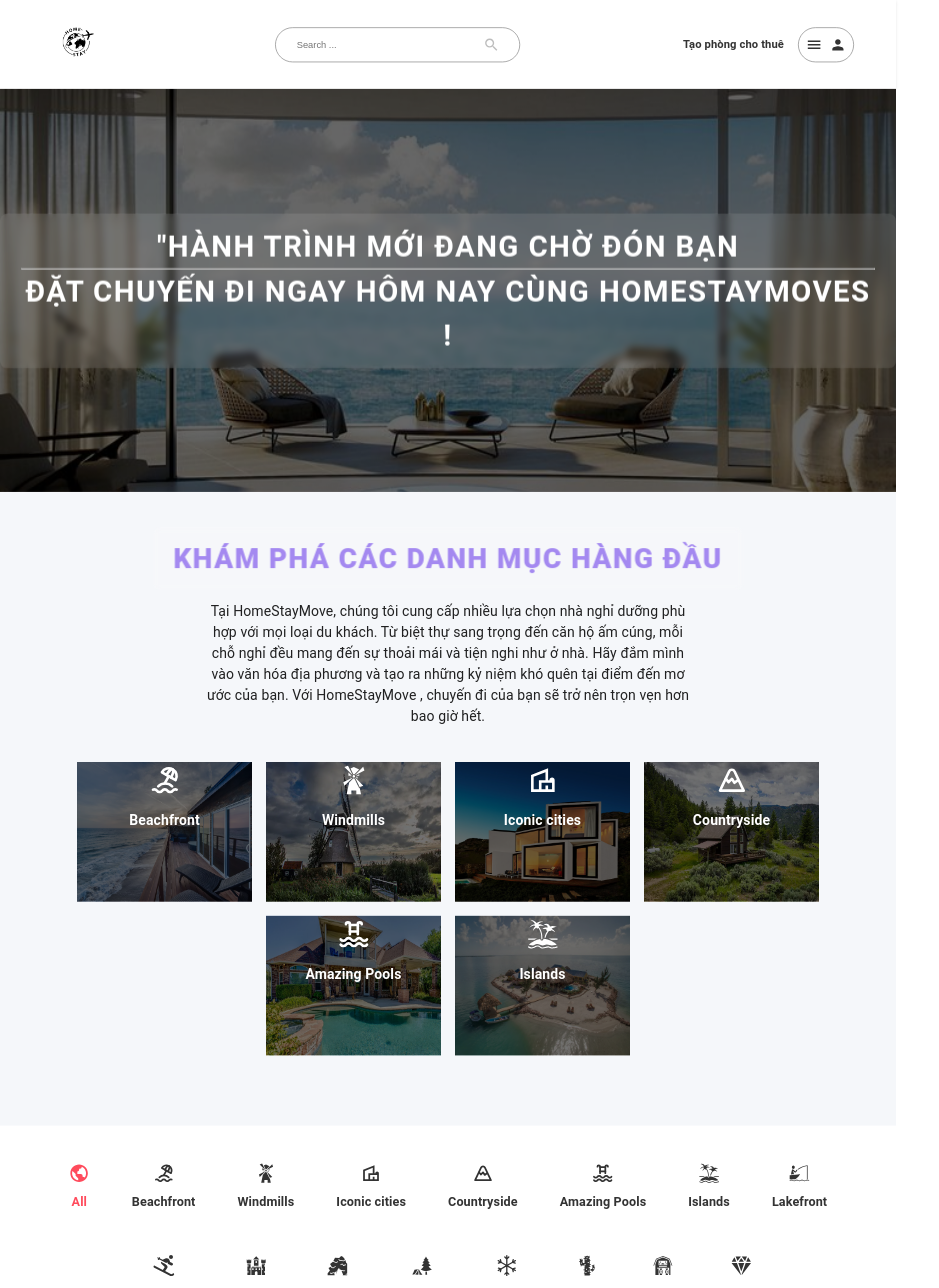
Repository: minhquang203/Homestay
Page: / (app in client/)
The author's editor kept a copy of each file at every save. The page is drawn from the files as they stood at one save, then again after the next save.
The browser window is 1280 px wide. The page is 1342 px wide, so the pictures cover 1342 px, including what lies to the right of the window. The pictures show the part of the page from y = 0 to 1840 px (the page is 2829 px tall before and 2879 px after), at 70% of full size.
The page's requests for data from a server got no answer. The project was rebuilt for these pictures with package versions that can differ from the ones it lists, and the page was loaded fresh each time. No one was signed in, and anything a server would have sent is missing. Also part of the build but not shown: client/src/styles/ListingCard.scss, client/src/components/ListingCard.jsx, client/src/styles/variable.scss, client/src/styles/List.scss, client/src/pages/CategoryPage.jsx, client/src/styles/CreateListing.scss, client/src/pages/CreateListing.jsx, client/src/styles/ListingDetails.scss and 17 more.

Above is the page before, as saved 2025-04-03 22:39:04.

### client/public/index.html
<!DOCTYPE html>
<html lang="en">
  <head>
    <meta charset="utf-8" />
    <link rel="icon" href="%PUBLIC_URL%/favicon.ico" />
    <meta name="viewport" content="width=device-width, initial-scale=1" />
    <meta name="theme-color" content="#000000" />
    <meta
      name="description"
      content="Web site created using create-react-app"
    />
    <link rel="apple-touch-icon" href="%PUBLIC_URL%/logo192.png" />
    <link rel="manifest" href="%PUBLIC_URL%/manifest.json" />
    <link rel="preconnect" href="https://fonts.googleapis.com">
    <link rel="preconnect" href="https://fonts.gstatic.com" crossorigin>
    <link href="https://fonts.googleapis.com/css2?family=Nunito:ital,wght@0,200..1000;1,200..1000&display=swap" rel="stylesheet">
    <title>HomeStayMove</title>
  </head>
  <body>
    <div id="root"></div>

  </body>
</html>

### client/src/index.js
import { CssBaseline, ThemeProvider, createTheme } from "@mui/material"; // Thêm vào đây
import React from "react";
import ReactDOM from "react-dom/client";
import { Provider } from "react-redux";
import { PersistGate } from "redux-persist/integration/react";
import App from "./App";
import { persistor, store } from "./Redux/store";

// Tạo theme tùy chỉnh nếu cần thiết
const theme = createTheme({
  palette: {
    primary: {
      main: "#1976d2", // Màu chủ đạo
    },
    secondary: {
      main: "#dc004e", // Màu phụ
    },
  },
});

const root = ReactDOM.createRoot(document.getElementById("root"));
root.render(
  <React.StrictMode>
    <Provider store={store}>
      <PersistGate loading={null} persistor={persistor}>
        <ThemeProvider theme={theme}>
          <CssBaseline />
          <App />
        </ThemeProvider>
      </PersistGate>
    </Provider>
  </React.StrictMode>
);

### client/src/Redux/store.js
// store.js
import { configureStore } from "@reduxjs/toolkit";
import {
  persistStore,
  persistReducer,
  FLUSH,
  REHYDRATE,
  PAUSE,
  PERSIST,
  PURGE,
  REGISTER,
} from "redux-persist";
import storage from "redux-persist/lib/storage";
import userReducer from "./state"; // Đảm bảo đúng đường dẫn đến state.js

// Cấu hình Redux Persist
const persistConfig = {
  key: "root", // Tên của key trong localStorage
  version: 1, // Phiên bản của state để khi có thay đổi sẽ cập nhật lại
  storage, // Chọn phương thức lưu trữ, có thể là localStorage hoặc sessionStorage
};

// Tạo persisted reducer từ userReducer
const persistedReducer = persistReducer(persistConfig, userReducer);

// Tạo store với persistedReducer
export const store = configureStore({
  reducer: persistedReducer, // Dùng persisted reducer để lưu trữ trạng thái người dùng
  middleware: (getDefaultMiddleware) =>
    getDefaultMiddleware({
      serializableCheck: {
        ignoredActions: [FLUSH, REHYDRATE, PAUSE, PERSIST, PURGE, REGISTER], // Bỏ qua các action không thể serialize
      },
    }),
});

// Khởi tạo persistor từ store
export const persistor = persistStore(store);

### client/src/App.css
* {
  margin: 0;
  padding: 0;
  box-sizing: border-box;
  font-family: 'Nunito'sans-serif;
}

### client/src/pages/HomePage.jsx
import Categories from "../components/Categories";
import Footer from "../components/Footer";
import Listings from "../components/Listings";
import Navbar from '../components/Navbar';
import Slide from "../components/Slide";



const HomePage = () => {

  // Lấy thông tin người dùng từ Redux state
  return <div>
    <Navbar/>
    <Slide/>
    <Categories/>
    <Listings/>
    <Footer />
  </div>;
};

export default HomePage;

### client/src/components/Footer.jsx
import { Email, LocalPhone } from "@mui/icons-material";
import { Link } from "react-router-dom";
import "../styles/Footer.scss";
const Footer = () => {
  return (
    <div className="footer">
      <div className="footer_left">
        <a href="/">
          <img src="/assets/logo.png" alt="logo" />
        </a>
      </div>

      <div className="footer_center">
        <h3>Useful Links</h3>
        <ul>
          <li>
            <Link to="/about-us">About Us</Link>
          </li>
          <li>
            <Link to="/terms-and-conditions">Terms and Conditions</Link>
          </li>
          <li>
            <Link to="/return-and-refund-policy">Return and Refund Policy</Link>
          </li>
        </ul>
      </div>

      <div className="footer_right">
        <h3>Contact</h3>
        <div className="footer_right_info">
          <LocalPhone />
          <p>+84 904421394</p>
        </div>
        <div className="footer_right_info">
          <Email />
          <p>homestay@gmail.com</p>
          <p>tranminhquang082003@gmail.com</p>
        </div>
        <img src="/assets/payment.png" alt="payment" />
      </div>
    </div>
  );
};

export default Footer;

### client/src/components/Loader.jsx
import "../styles/Loader.scss";

const Loader = () => {
  return (
    <div className="loader">
      <div className="loader-inner"></div>
    </div>
  );
};

export default Loader;

### client/src/components/Navbar.jsx
import { Menu, Person, Search } from "@mui/icons-material";
import { IconButton } from "@mui/material";
import { useState } from "react";
import { useDispatch, useSelector } from "react-redux";
import { Link, useNavigate } from "react-router-dom";
import { setLogout } from "../Redux/state";
import "../styles/Navbar.scss";
import variables from "../styles/variable.scss";

const Navbar = () => {
  const [dropdownMenu, setDropdownMenu] = useState(false);
  const user = useSelector((state) => state.user);
  const dispatch = useDispatch();
  const [search, setSearch] = useState("")
  const navigate = useNavigate();

  const handleLogout = () => {
    dispatch(setLogout());
    navigate("/login");
  };

  return (
    <div className="navbar">
      <Link to="/">
        <img src="/assets/logo.png" alt="logo" />
      </Link>

      <div className="navbar_search">
        <input
          type="text"
          placeholder="Search ..."
          value={search}
          onChange={(e) => setSearch(e.target.value)}
        />
        <IconButton disabled={search === ""}>
          <Search
            sx={{ color: variables.pinkred }}
            onClick={() => {navigate(`/properties/search/${search}`)}}
          />
        </IconButton>
      </div>

      <div className="navbar_right">
        {/* Hiển thị điều kiện tùy theo trạng thái người dùng */}
        <Link to={user ? "/create-listing" : "/login"} className="navbar_right_host">
          Tạo phòng cho thuê
        </Link>

        {/* Nút tài khoản để mở menu thả xuống */}
        <button
          className="navbar_right_account"
          onClick={() => setDropdownMenu((prev) => !prev)} // Chuyển đổi trạng thái menu thả xuống
        >
          <Menu sx={{ color: variables.darkgrey }} />
          <Person sx={{ color: variables.darkgrey }} />
        </button>

        {/* Menu thả xuống cho người dùng đã đăng nhập */}
        {dropdownMenu && user && (
          <div className="navbar_right_accountmenu">
            <Link to="/profile">Thông Tin</Link>
            <Link to={`/${user._id}/trips`}>Danh sách chuyến đi</Link>
            <Link to={`/${user._id}/wishList`}>Yêu thích </Link>
            <Link to={`/${user._id}/properties`}>Phòng cho thuê </Link>
            <Link to={`/${user._id}/reservations`}>Đặt chỗ </Link>
            <Link to="/login" onClick={handleLogout}>
              Đăng xuất
            </Link>
          </div>
        )}

        {/* Menu thả xuống cho người dùng chưa đăng nhập */}
        {dropdownMenu && !user && (
          <div className="navbar_right_accountmenu">
            <Link to="/login">Đăng nhập</Link>
            <Link to="/register">Đăng ký</Link>
          </div>
        )}
      </div>
    </div>
  );
};

export default Navbar;

### client/src/components/Categories.jsx
import { Link } from "react-router-dom";
import { categories } from "../data";
import "../styles/Categories.scss";

const Categories = () => {
  return (
    <div className="categories">
      <h1>Khám phá các danh mục hàng đầu</h1>
      <p>
        Tại HomeStayMove, chúng tôi cung cấp nhiều lựa chọn nhà nghỉ dưỡng phù hợp
        với mọi loại du khách. Từ biệt thự sang trọng đến căn hộ ấm cúng, mỗi
        chỗ nghỉ đều mang đến sự thoải mái và tiện nghi như ở nhà. Hãy đắm mình
        vào văn hóa địa phương và tạo ra những kỷ niệm khó quên tại điểm đến mơ
        ước của bạn. Với HomeStayMove , chuyến đi của bạn sẽ trở nên trọn vẹn hơn
        bao giờ hết.
      </p>

      <div className="categories_list">
        {categories?.slice(1, 7).map((category, index) => (
          <Link to={`/properties/category/${category.label}`}>
            <div className="category">
              <img src={category.img} alt={category.label} />
              <div className="overlay">
                <div className="category_text">
                  <div className="category_text_icon">
                    {category.icon}
                    <p>{category.label}</p>
                  </div>
                </div>
              </div>
            </div>
          </Link>
        ))}
      </div>
    </div>
  );
};

export default Categories;

### client/src/components/Listings.jsx
import { useEffect, useState } from "react";
import { useDispatch, useSelector } from "react-redux";
import { categories } from "../data";
import { setListings } from "../Redux/state";
import "../styles/Listings.scss";
import ListingCard from "./ListingCard";
import Loader from "./Loader";

const Listings = () => {
  const dispatch = useDispatch();
  const [loading, setLoading] = useState(true);

  const [selectedCategory, setSelectedCategory] = useState("All");

  const listings = useSelector((state) => state.listings);

  const getFeedListings = async () => {
    try {
      const response = await fetch(
        selectedCategory !== "All"
          ? `http://localhost:3002/properties?category=${selectedCategory}`
          : "http://localhost:3002/properties",
        {
          method: "GET",
        }
      );

      const data = await response.json();
      dispatch(setListings({ listings: data }));
      setLoading(false);
    } catch (err) {
      console.log("Fetch Listings Failed", err.message);
    }
  };

  useEffect(() => {
    getFeedListings();
  }, [selectedCategory]);

  return (
    <>
      <div className="category-list">
        {categories?.map((category, index) => (
          <div
            className={`category ${category.label === selectedCategory ? "selected" : ""}`}
            key={index}
            onClick={() => setSelectedCategory(category.label)}
          >
            <div className="category_icon">{category.icon}</div>
            <p>{category.label}</p>
          </div>
        ))}
      </div>

      {loading ? (
        <Loader />
      ) : (
        <div className="listings">
          {listings.map(
            ({
              _id,
              creator,
              listingPhotoPaths,
              city,
              province,
              country,
              category,
              type,
              price,
              booking = false
            }) => (
              <ListingCard
                key={_id}
                listingId={_id}
                creator={creator}
                listingPhotoPaths={listingPhotoPaths}
                city={city}
                province={province}
                country={country}
                category={category}
                type={type}
                price={price}
                booking ={booking}
              />
            )
          )}
        </div>
      )}
    </>
  );
};

export default Listings;

### client/src/components/Slide.jsx
import "../styles/Slide.scss";

const Slide = () => {
  return (
    <div className="slidePage">
      <h1>
        "Hành trình mới đang chờ đón bạn <hr/>   Đặt chuyến đi ngay hôm nay cùng
        HomeStayMoves !
      </h1>
    </div>
  );
};

export default Slide;

### client/src/styles/Footer.scss
@import "./variable.scss";
@import "./breakpoints.scss";

.footer {
  display: flex;
  justify-content: space-between;
  align-items: center;
  gap: 50px;
  padding: 10px 70px;

  @include lg {
    padding: 10px 30px;
  }

  &_left {
    max-width: 400px;

    img {
      max-width: 150px;
      margin-bottom: 20px;
    }

    &_socials {
      display: flex;
      gap: 25px;
      margin-top: 20px;

      &_icon {
        width: 40px;
        height: 40px;
        border-radius: 50%;
        background-color: $pinkred;
        display: flex;
        justify-content: center;
        align-items: center;
        cursor: pointer;
        transition: all 0.5s ease-in-out;

        &:hover {
          transform: scale(1.2);
        }
      }
    }
  }

  &_center {
    text-decoration: none;

    ul {
      list-style: none;
      margin-top: 20px;
      cursor: pointer;

      li:hover {
        color: $pinkred
      }

      a {
        text-decoration: none;
        color: black;

        &:hover {
          color: $pinkred;
        }
      }
    }

    @include md {
      display: none;
    }
  }

  &_right {
    max-width: 350px;

    h3 {
      margin-bottom: 20px;
    }

    &_info {
      display: flex;

      p {
        margin-left: 20px;
        margin-bottom: 15px;
      }
    }

    @include sm {
      display: none;
    }
  }
}

### client/src/styles/Loader.scss
.loader {
    display: flex;
    justify-content: center;
    align-items: center;
    height: 100vh;
  }

  .loader-inner {
    border: 6px solid #f3f3f3;
    border-top: 6px solid #3498db;
    border-radius: 50%;
    width: 40px;
    height: 40px;
    animation: spin 2s linear infinite;
  }

  @keyframes spin {
    0% { transform: rotate(0deg); }
    100% { transform: rotate(360deg); }
  }

### client/src/styles/Navbar.scss
@import "./breakpoints.scss";
@import "./variable.scss";

.navbar {
  padding: 10px 60px;
  display: flex;
  justify-content: space-between;
  align-items: center;
  position: relative;
  background-color: #ffff;
  box-shadow: $box-shadow-small;  // Dùng biến shadow nhỏ cho navbar

  @include media-query(sm) {
    padding: 10px 20px;
  }

  img {
    width: 100px;
    cursor: pointer;
  }

  &_search {
    border: 1px solid $grey;
    border-radius: 30px;
    height: 50px;
    padding: 0 20px;
    display: flex;
    gap: 20px;
    align-items: center;
    width: 350px;

    input {
      border: none;
      outline: none;
      flex: 1;
      padding: 5px 10px;
    }

    &:hover {
      box-shadow: $box-shadow-small;
    }

    @include media-query(lg) {
      width: 500px;
    }

    @include media-query(sm) {
      display: none;
    }
  }

  &_right {
    display: flex;
    align-items: center;
    gap: 20px;

    .navbar_right_host {
      text-decoration: none;
      color: $darkgrey;
      font-weight: 700;
      cursor: pointer;

      &:hover {
        color: $pinkred;
      }

      @include media-query(sm) {
        display: none;
      }
    }

    &_account {
      height: 50px;
      display: flex;
      align-items: center;
      padding: 0 10px;
      border: 1px solid $grey;
      border-radius: 30px;
      gap: 10px;
      background-color: #ffff;
      cursor: pointer;
      transition: box-shadow 0.3s ease;

      &:hover {
        box-shadow: $box-shadow-large;
      }

      svg {
        color: $darkgrey;
      }
    }

    &_accountmenu {
      position: absolute;
      background-color: #ffff;
      right: 60px;
      top: 80px;
      display: flex;
      flex-direction: column;
      width: 200px;
      padding: 10px 0;
      border: 1px solid $lightgrey;
      border-radius: 20px;
      box-shadow: $box-shadow-large;
      z-index: 9999;

      @include media-query(sm) {
        right: 20px;
      }

      a {
        width: 100%;
        padding: 8px 15px;
        text-decoration: none;
        color: $grey;
        font-weight: 700;
        display: block;

        &:hover {
          color: $pinkred;
          background-color: rgba(217, 213, 213, 0.2);
        }
      }
    }
  }
}

### client/src/styles/breakpoints.scss
  $breakpoints: (
    xs: 480px,
    sm: 768px,
    md: 992px,
    lg: 1200px,
    xl: 1400px
  );

  // Mixin media-query để dễ sử dụng các điểm ngắt
  @mixin media-query($size) {
    $breakpoint: map-get($breakpoints, $size);

    @if $breakpoint {
      @media (max-width: #{$breakpoint}) {
        @content;
      }
    } @else {
      @warn "Breakpoint '#{$size}' không tồn tại trong danh sách breakpoints!";
    }
  }
  @mixin sm {
    @media (max-width: map-get($breakpoints, "sm")) {
        @content;
    }
}

@mixin mm {
    @media (max-width: map-get($breakpoints, "mm")) {
        @content;
    }
}

@mixin md {
    @media (max-width: map-get($breakpoints, "md")) {
        @content;
    }
}

@mixin ml {
    @media (max-width: map-get($breakpoints, "ml")) {
        @content;
    }
}

@mixin lg {
    @media (max-width: map-get($breakpoints, "lg")) {
        @content;
    }
}

@mixin xl {
    @media (max-width: map-get($breakpoints, "xl")) {
        @content;
    }
}

  // Mixin để tạo kiểu cho button
  @mixin buttonStyle {
    padding: 10px 15px;
    background-color: $pinkred;
    border: none;
    font-size: 20px;
    font-weight: 600;
    cursor: pointer;
    transform: 0.3s ease;
    color: white;
    border-radius: 10px;
  }
  // Mixin flex-center để căn giữa các phần tử theo cả chiều ngang và dọc
@mixin flex-center {
  display: flex;
  justify-content: center;
  align-items: center;
}

### client/src/styles/Categories.scss
@import "./variable.scss";
@import "./breakpoints.scss";

.categories {
  padding: 50px 60px;
  display: flex;
  flex-direction: column;
  align-items: center;
  text-align: center;
  background-color: $lightgrey;


  h1 {
    color: $blue;
    font-size: 40px;
    font-weight: 800;
    margin-bottom: 15px;
  }

  p {
    max-width: 700px;
    font-size: 20px;
  }

  .categories_list {
    display: flex;
    flex-wrap: wrap;
    padding: 50px 0;
    justify-content: center;
    gap: 20px;

    a {
      text-decoration: none;
    }

    .category {
      position: relative;
      display: flex;
      justify-content: center;
      align-items: center;
      width: 250px;
      height: 200px;
      cursor: pointer;

      img {
        position: absolute;
        width: 100%;
        height: 100%;
      }

      .overlay {
        position: absolute;
        width: 100%;
        height: 100%;
        background-color: rgba(0, 0, 0, 0.55);
        transition: 0.3s ease-in-out;
      }

      &_text {
        position: relative;
        color: white;

        &_icon {
          font-size: 45px;
        }

        p {
          font-weight: 600;
        }
      }

      &:hover {
        .overlay {
          width: 80%;
          height: 80%;
        }
      }

    }
  }
}

### client/src/styles/Listings.scss
@import "./variable.scss";
@import "./breakpoints.scss";

.category-list {
  padding: 50px 80px;
  display: flex;
  justify-content: center;
  flex-wrap: wrap;
  gap: 60px;

  @include sm {
    padding: 50px 20px;
  }

  .category {
    display: flex;
    flex-direction: column;
    align-items: center;
    color: $darkgrey;
    cursor: pointer;

    &_icon {
      font-size: 30px;
    }

    p {
      font-size: 18px;
      font-weight: 700;
    }

    &:hover {
      color: $pinkred;
    }
  }

  .selected {
    color: $pinkred;
  }
}

.listings {
  padding: 0 60px 120px;
  display: flex;
  flex-wrap: wrap;
  justify-content: center;
  gap: 5px;

  @include lg {
    padding: 0 20px 120px;
  }
}

### client/src/styles/Slide.scss
.slidePage {
  width: 100vw;
  height: 80vh;
  background: linear-gradient(rgba(0, 0, 0, 0.6), rgba(0, 0, 0, 0.6)),
    url("../../public/assets/slide.jpg");
  background-position: center;
  background-size: cover; /* Đảm bảo ảnh nền phủ đầy màn hình */
  background-repeat: no-repeat;

  display: flex;
  justify-content: center;
  align-items: center;
  text-align: center;
  position: relative;

  animation: fadeInUp 1.5s ease-out forwards;
}

/* Hiệu ứng fade-in kết hợp slide-in từ dưới lên */
@keyframes fadeInUp {
  0% {
    opacity: 0;
    transform: translateY(50px);
  }
  100% {
    opacity: 1;
    transform: translateY(0);
  }
}

h1 {
  padding: 20px;
  font-size: 42px;
  font-weight: bold;
  text-transform: uppercase;
  letter-spacing: 2px;
  color: white;
  z-index: 1;
  position: relative;
  background: rgba(255, 255, 255, 0.1); /* Tạo hiệu ứng nền mờ cho tiêu đề */
  padding: 15px 30px;
  border-radius: 10px;
  backdrop-filter: blur(5px);
}

Loaded but not shown: client/src/data.js (270 lines, source omitted); client/src/App.js (46 lines, source omitted); client/src/Redux/state.js (69 lines, source omitted)

After the next save:
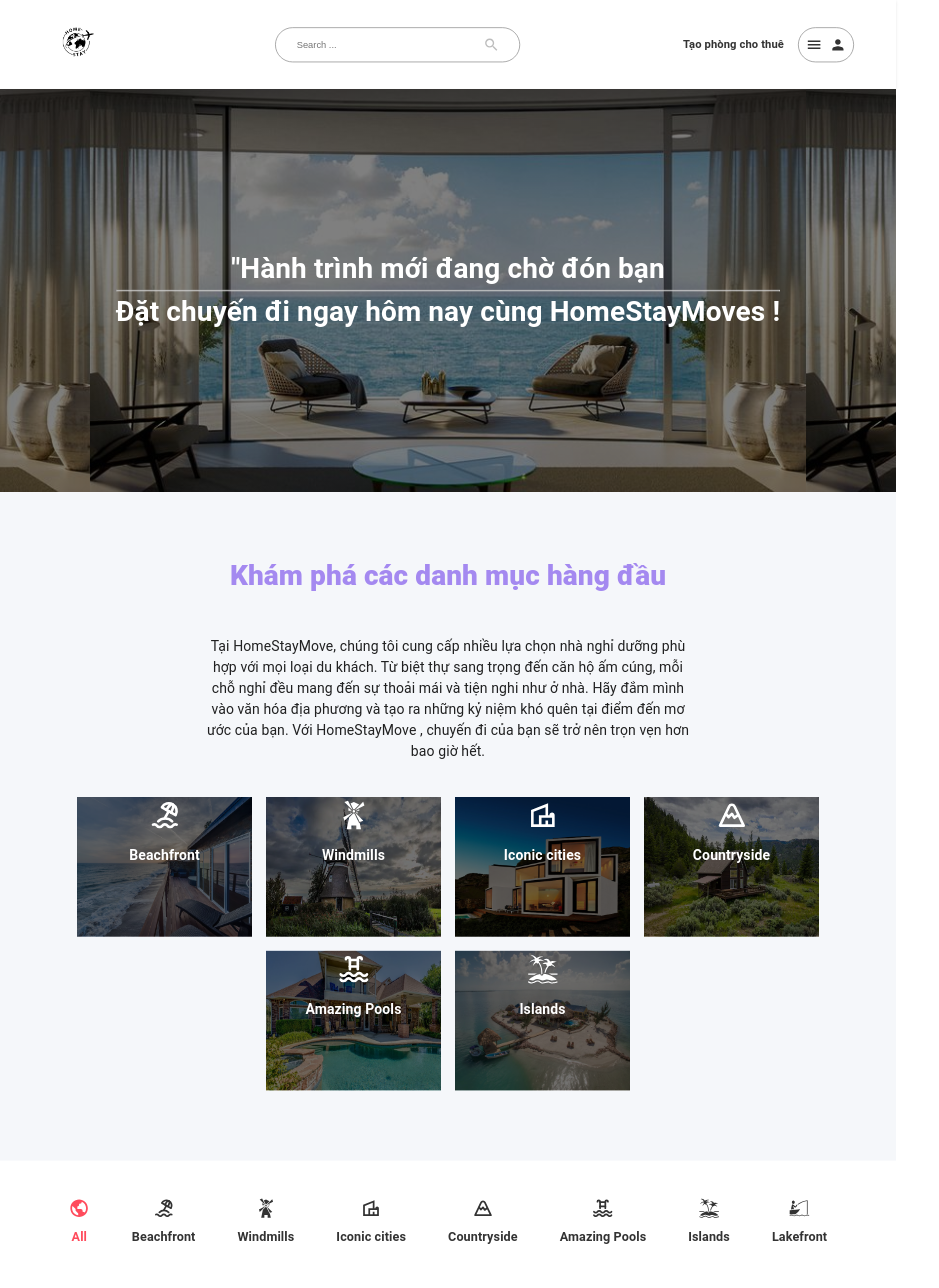
Saved 5 s later.
--- a/client/src/styles/Slide.scss
+++ b/client/src/styles/Slide.scss
@@ -1,11 +1,10 @@
 .slidePage {
   width: 100vw;
   height: 80vh;
-  background: linear-gradient(rgba(0, 0, 0, 0.6), rgba(0, 0, 0, 0.6)),
+  background: linear-gradient(rgba(0, 0, 0, 0.5), rgba(0, 0, 0, 0.5)),
     url("../../public/assets/slide.jpg");
-  background-position: center;
-  background-size: cover; /* Đảm bảo ảnh nền phủ đầy màn hình */
-  background-repeat: no-repeat;
+  background-position: center top;
+  background-size: contain;
 
   display: flex;
   justify-content: center;
@@ -13,32 +12,24 @@
   text-align: center;
   position: relative;
 
-  animation: fadeInUp 1.5s ease-out forwards;
+  animation: moveRight 2s ease-out forwards; /* Di chuyển từ trái sang phải */
 }
 
-/* Hiệu ứng fade-in kết hợp slide-in từ dưới lên */
-@keyframes fadeInUp {
+/* Định nghĩa keyframe cho hiệu ứng chuyển động từ trái sang phải */
+@keyframes moveRight {
   0% {
-    opacity: 0;
-    transform: translateY(50px);
+    transform: translateX(-100%); /* Bắt đầu bên ngoài màn hình (trái) */
   }
   100% {
-    opacity: 1;
-    transform: translateY(0);
+    transform: translateX(0); /* Kết thúc tại vị trí ban đầu */
   }
 }
 
 h1 {
-  padding: 20px;
-  font-size: 42px;
-  font-weight: bold;
-  text-transform: uppercase;
-  letter-spacing: 2px;
+  padding: 40px 20px;
+  font-size: 40px;
+  text-align: center;
   color: white;
-  z-index: 1;
+  z-index: 1; /* Đảm bảo văn bản luôn ở trên hình nền */
   position: relative;
-  background: rgba(255, 255, 255, 0.1); /* Tạo hiệu ứng nền mờ cho tiêu đề */
-  padding: 15px 30px;
-  border-radius: 10px;
-  backdrop-filter: blur(5px);
 }
